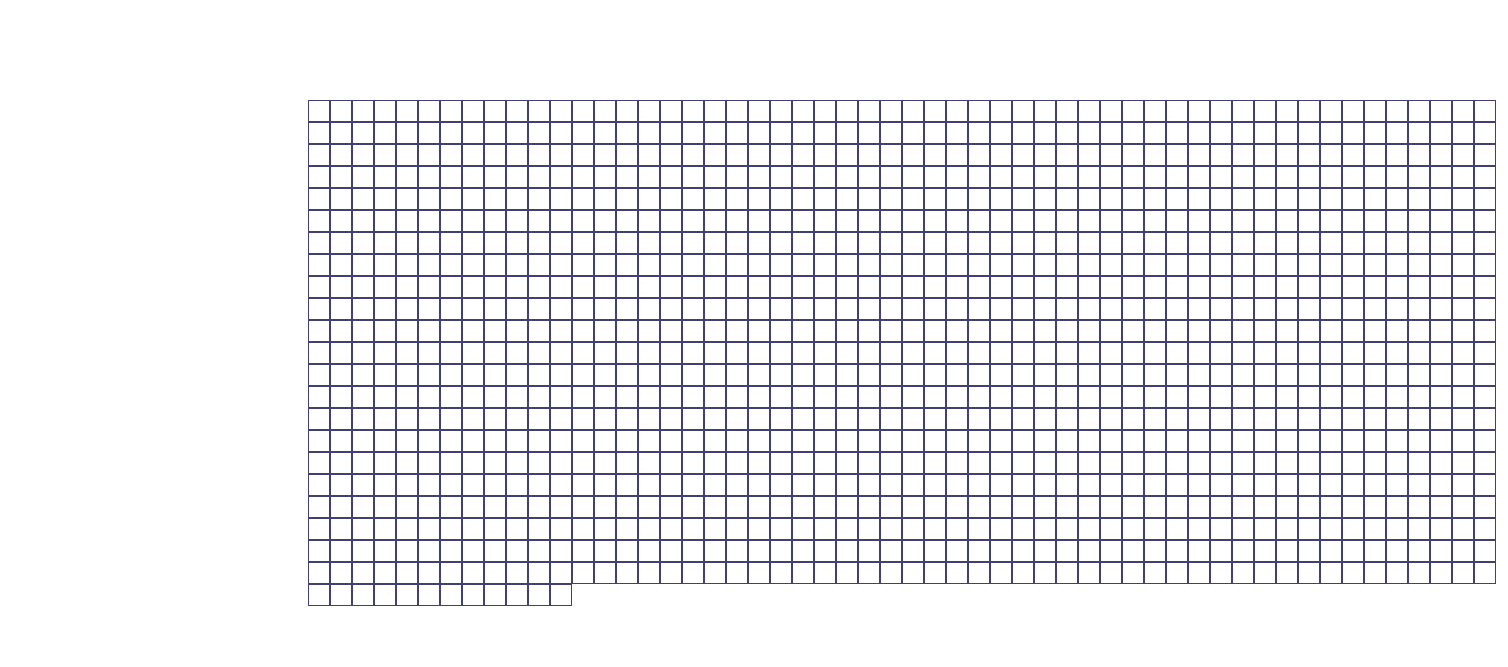
Repository: NikhilJohny/Pathfinding---ReactJS
Page: /
These files come from the project's save history. The page is drawn as it stood at one moment and after the next save; the edit follows.
The browser window is 1280 px wide. The page is 1508 px wide, then 1408 px, so the pictures cover 1508 px, including what lies to the right of the window. The pictures show the whole page.
The project was rebuilt for these pictures with package versions that can differ from the ones it lists, and the page was loaded fresh each time.

Above is the page before, as saved 2021-05-06 12:50:33.

After the next save:
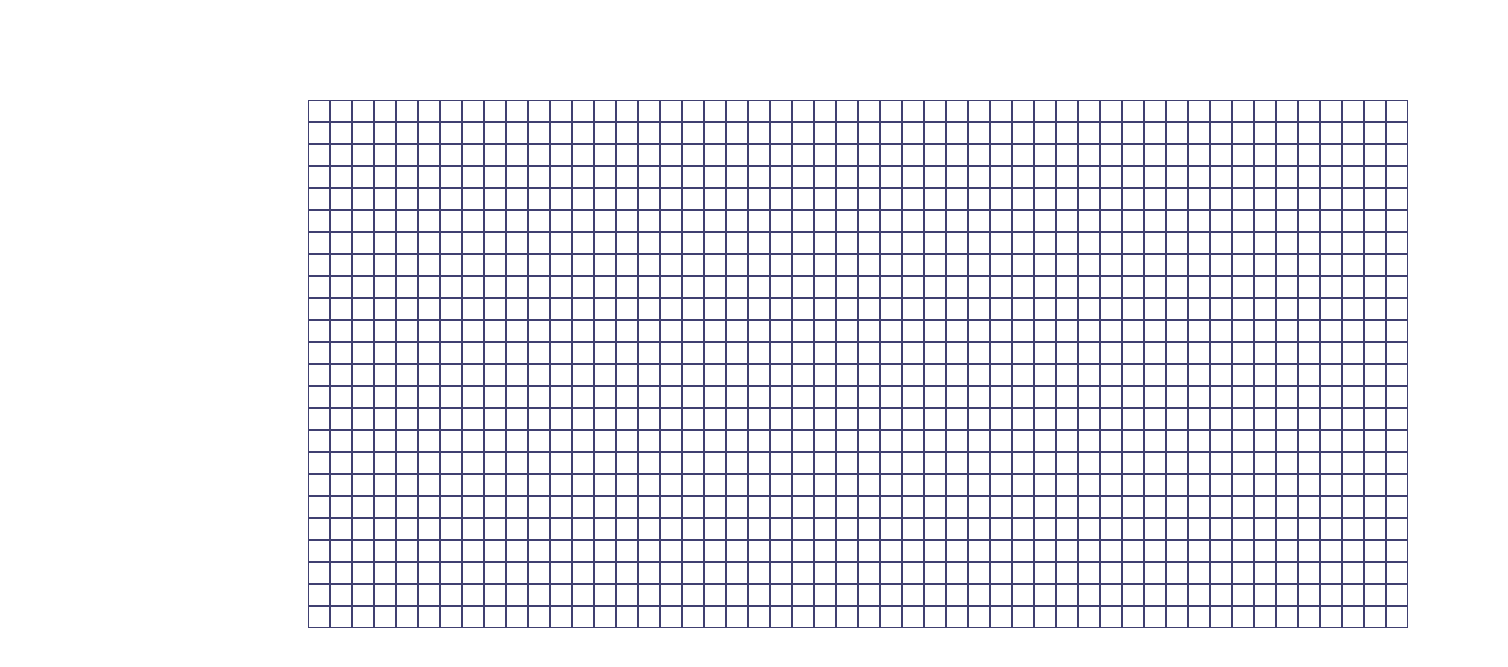
Saved 14 s later.
--- a/src/Node.css
+++ b/src/Node.css
@@ -1,8 +1,8 @@
 .canvas {
     margin-top: 100px;
     margin-left: 300px;
-    max-width: 1200px;
-    min-width: 1200px;
+    max-width: 11000px;
+    min-width: 1100px;
 }
 
 .Node {
